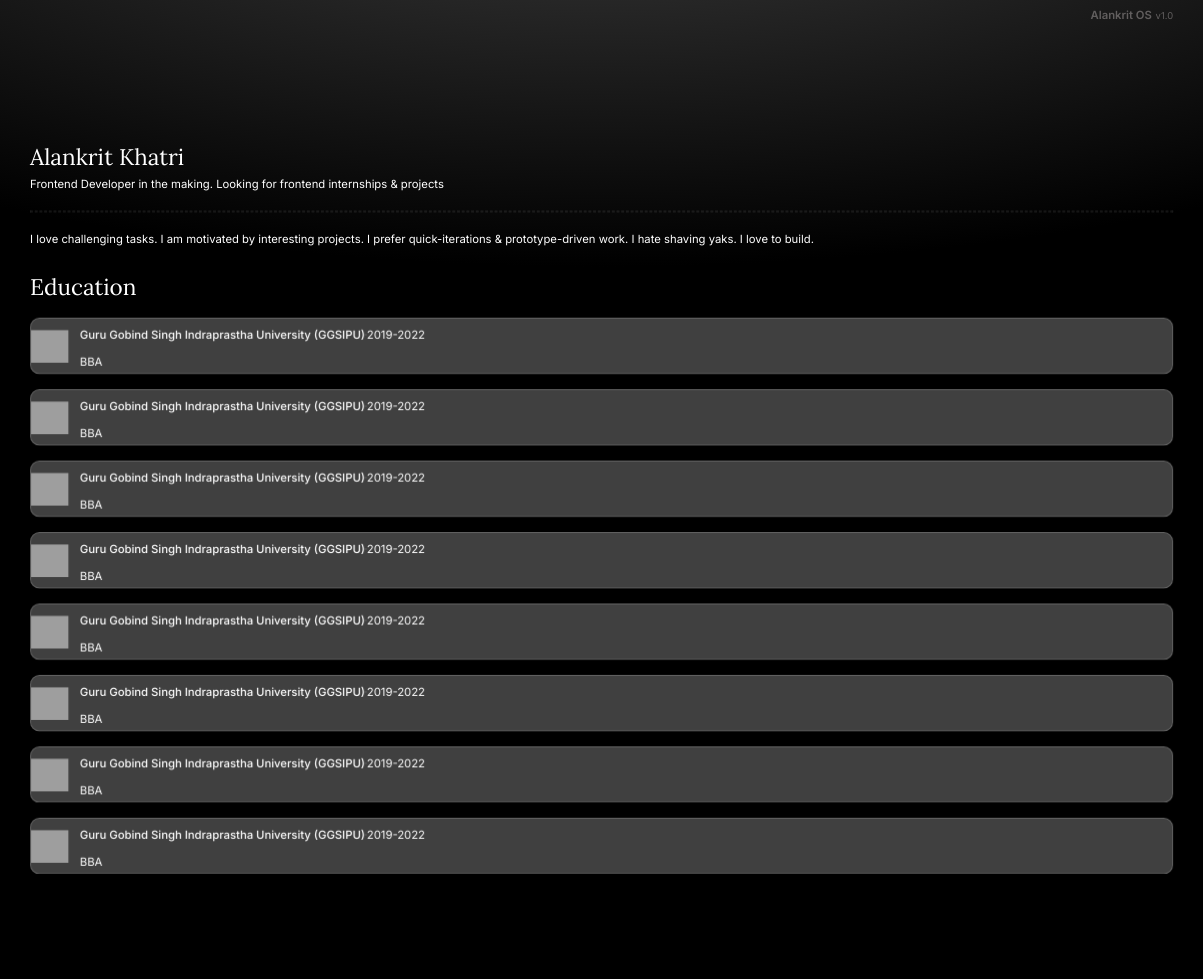
Repository: alankritkhatri/alankrit.xyz
Page: /
An editor plug-in stored every save of this project. The page is shown before and after a run of saves, followed by the edit.
The browser window is 1280 px wide. The pictures show the whole page, at 94% of full size.
Pictures or frames that could not be fetched are drawn as grey boxes. The project was rebuilt for these pictures with package versions that can differ from the ones it lists, and the page was loaded fresh each time. Also part of the build but not shown: vite.config.js, src/blog.jsx.

Above is the page before, as saved 2024-08-11 21:06:09.

### index.html
<!DOCTYPE html>
<html lang="en">
  <head>
    <meta charset="UTF-8" />

    <link rel="icon" type="image/svg+xml" href="/vite.svg" />
    <link rel="preconnect" href="https://fonts.googleapis.com" />
    <link rel="preconnect" href="https://fonts.gstatic.com" crossorigin />
    <link
      href="https://fonts.googleapis.com/css2?family=Inter:wght@100..900&display=swap"
      rel="stylesheet"
    />

    <link
      href="https://fonts.googleapis.com/css2?family=Lora:ital,wght@0,400..700;1,400..700&display=swap"
      rel="stylesheet"
    />
    <!-- Linkedin link -->
    <script
      src="https://platform.linkedin.com/badges/js/profile.js"
      async
      defer
      type="text/javascript"
    ></script>
<meta name="viewport" content="width=device-width, initial-scale=1.0">
    <title>AlankritOS</title>
  </head>
  <body>
    <div id="root"></div>
    <script type="module" src="/src/main.jsx"></script>
  </body>
</html>

### src/App.jsx
import "./App.css";
import { BrowserRouter as Router, Routes, Route, Link } from "react-router-dom";
import Blog from "./blog";
import Home from "./pages/Home/Home";
const App = () => {
  return (
    <div className="main">
      <Router>
        <Link to="/">
          <div className="logo">
            <h1>Alankrit OS</h1>
            <span>v1.0</span>
          </div>
        </Link>
        <Routes>
          <Route path="/" element={<Home />} />
          <Route path="blog" element={<Blog />} />
        </Routes>
      </Router>
    </div>
  );
};

export default App;

### src/App.css
* {
  margin: 0px;
  padding: 0px;
  box-sizing: border-box;
  font-family: Inter, Haettenschweiler, "Arial Narrow Bold", sans-serif;
}

body,html{
  min-height: 100vh;
background: radial-gradient(100% 50% at 50% -20%, #404040, #000000)
}
.main {



  h1 {
    line-height: 32px;
  }
  h2 {
    line-height: 24px;
  }
  h3 {
    line-height: 16px;
  }
  p {
    line-height: 24px;
  }
  color: white;

  padding: 0px 32px;
  a {
    text-decoration: none;
  }
  .logo {
    color: rgba(126, 121, 121, 0.726);
    display: flex;
    align-items: center;
    justify-content: flex-end;
    gap: 4px;

    font-family: monospace;
    animation: flicker 2s infinite;
    h1 {
      font-size: 12px;
      font-weight: 600;
    }
    span {
      font-size: 10px;
      font-weight: 400;
    }
  }
}
/* logo flickr animation */
@keyframes flicker {
  0% {
    opacity: 0;
  }
  9% {
    opacity: 0;
  }
  10% {
    opacity: 0.5;
  }
  13% {
    opacity: 0;
  }
  20% {
    opacity: 0.5;
  }
  25% {
    opacity: 1;
  }
}
@media only screen and (max-width: 600px) {
    body {
        background-color: rgb(255, 188, 3);
    }
}

### src/pages/Home/Home.jsx
import Infosection from "../../components/Info-Section/Infosection.jsx";
import "./Home.css";
import data from "../../alankrit_data/data.json";
const Home = () => {
  return (
    <div className="home">
      <div
        className="badge-base LI-profile-badge"
        data-locale="en_US"
        data-size="medium"
        data-theme="dark"
        data-type="VERTICAL"
        data-vanity="alankrit-khatri"
        data-version="v1"
      >
        {" "}
        </div>

      <div className="about-section">
        <h1 className="name">Alankrit Khatri</h1>
        <p>
          Frontend Developer in the making. Looking for frontend internships &
          projects
        </p>
        <div className="dashed-line"></div>
        <p>
          I love challenging tasks. I am motivated by interesting projects. I
          prefer quick-iterations & prototype-driven work. I hate shaving yaks.
          I love to build.
        </p>
      </div>
      <div className="education-section">
        <h1>Education</h1>
        <Infosection {...data} />
        <Infosection {...data} />
        <Infosection {...data} />
        <Infosection {...data} />
        <Infosection {...data} />
        <Infosection {...data} />
        <Infosection {...data} />
        <Infosection {...data} />

        {console.log(data)}
      </div>
    </div>
  );
};

export default Home;

### src/components/Info-Section/Infosection.jsx
import "./infoSection.css";
const Infosection = (props) => {
  return (
    <>
      <div className="infosection-details">
        <img
          src={props[0].educationDetails.bachelors.logo}
          alt=""
          style={{ width: "40px", height: "35px" }}
        />
        <div className=" infosection-info">
          <div className="infosection-info-top ">
            <h2 style={{ opacity: "1", fontWeight: "500" }}>
              {props[0].educationDetails.bachelors.schoolName}
            </h2>
            <div className="dashed-line"></div>
            <h2> {props[0].educationDetails.bachelors.schoolYears} </h2>
          </div>

          <div className="infosection-info-bottom">
            <h2> {props[0].educationDetails.bachelors.course}</h2>
          </div>
        </div>
      </div>
    </>
  );
};

export default Infosection;

### src/pages/Home/Home.css
.home {
  margin: 96px 0px;
  display: flex;
  flex-direction: column;
  gap: 24px;
  /* dashed line  */
  .dashed-line {
    margin: 16px 0px;
    opacity: 0.1;
    border-width: 1px;
    border-style: dashed;
    color: rgb(255 255 255);
  }
  .hide {
    display: none;
  }
  h1 {
    font-family: "Lora", serif;
    font-size: 24px;
    font-weight: 400;
  }
  h2 {
    font-size: 12px;
    font-style: normal;
    font-weight: 400;
  }
  h3 {
    font-size: 10px;
    font-style: normal;
    font-weight: 300;
  }
  p {
    font-size: 12px;
  }
  .about-section {
    display: flex;
    flex-direction: column;
    .name {
      line-height: 32px;
    }
  }
}

### src/alankrit_data/data.json
[
  {
    "educationDetails": {
      "className": "education-details",
      "bachelors": {
        "schoolName": "Guru Gobind Singh Indraprastha University (GGSIPU)",
        "schoolYears": "2019-2022",
        "course": "BBA",
        "logo": "https://encrypted-tbn0.gstatic.com/images?q=tbn:ANd9GcRM9GNTFenU_T9caTwA63o86iaVHMnf9eeEPw&s"
      },
      "masters": {
        "schoolName": "Guru Gobind Singh Indraprastha University (GGSIPU)",
        "schoolYears": "2019-2022",
        "logo": "https://encrypted-tbn0.gstatic.com/images?q=tbn:ANd9GcRM9GNTFenU_T9caTwA63o86iaVHMnf9eeEPw&s"
      }
    }
  }
]

### src/components/Info-Section/infoSection.css
.infosection-details {
  background: rgba(255, 255, 255, 0.25);
  -webkit-backdrop-filter: blur(4px);
  border-radius: 10px;
  border: 1px solid rgba(255, 255, 255, 0.18);
  backdrop-filter: blur(10px);
  backdrop-filter: saturate(180%) blur(10px);
  display: flex;
  align-items: center;
  gap: 12px;
  margin: 16px 0px;

  .infosection {
    width: 100%;
    min-width: 80%;
    * {
      line-height: 16px;
    }
    h3 {
      letter-spacing: -0.26px;
      opacity: 0.5;
    }
    h2 {
      opacity: 0.5;
    }
  }
  .infosection-info-top {
    display: flex;
    justify-content: space-between;
    align-items: center;
  }
}

Loaded but not shown: src/main.jsx (common file)

After the next 2 saves:
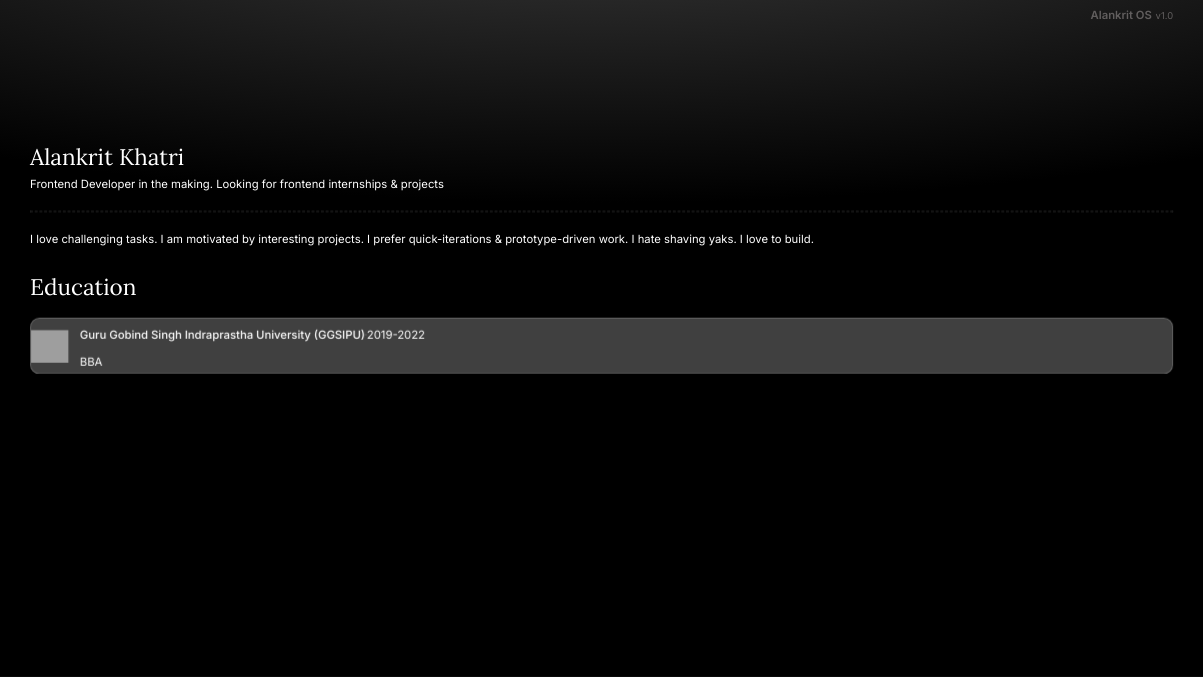
The 2 saves are shown as one change because they came seconds apart.
The last was saved 12 s later.
--- a/src/pages/Home/Home.jsx
+++ b/src/pages/Home/Home.jsx
@@ -32,13 +32,8 @@ const Home = () => {
       <div className="education-section">
         <h1>Education</h1>
         <Infosection {...data} />
-        <Infosection {...data} />
-        <Infosection {...data} />
-        <Infosection {...data} />
-        <Infosection {...data} />
-        <Infosection {...data} />
-        <Infosection {...data} />
-        <Infosection {...data} />
+
+
 
         {console.log(data)}
       </div>
